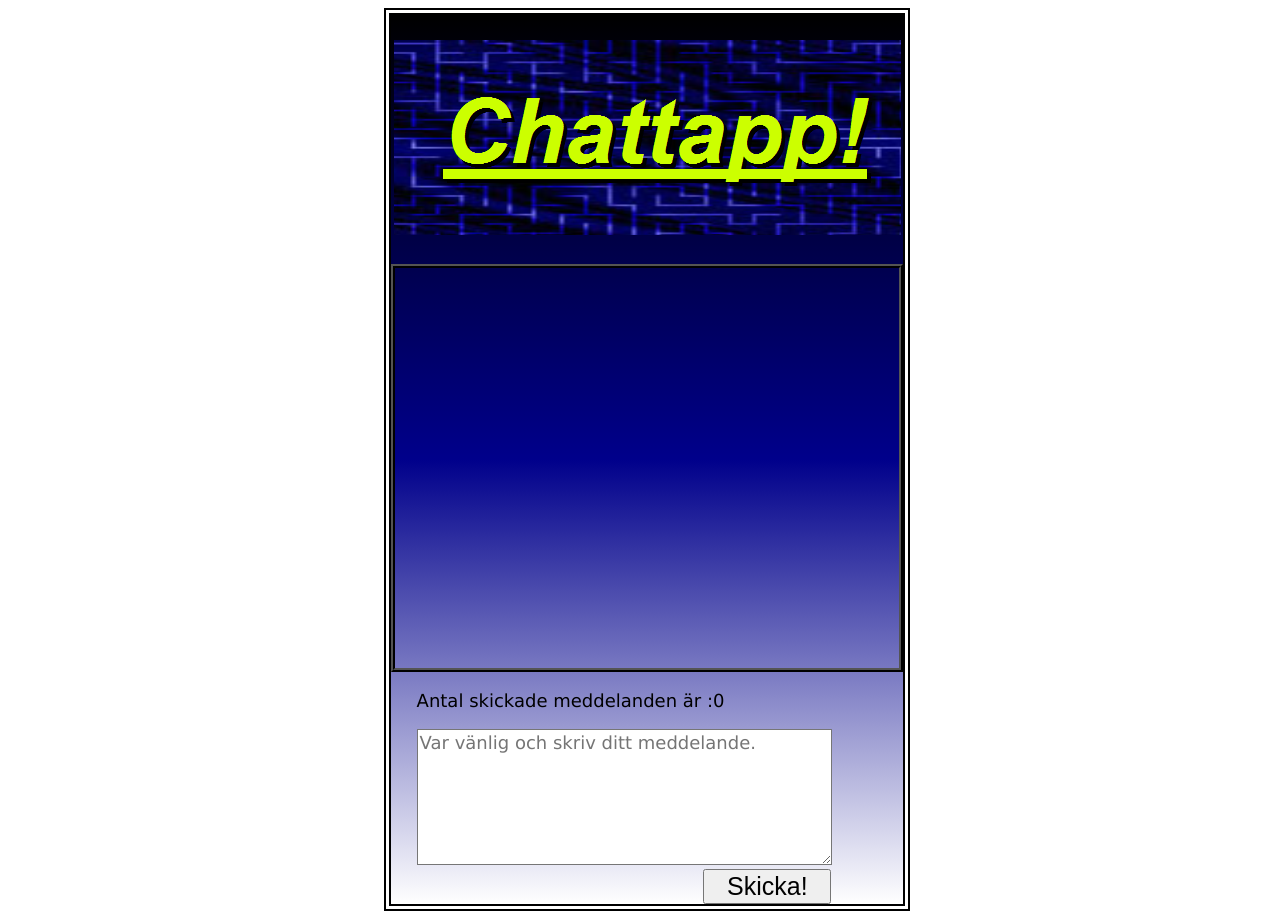
Repository: MartinArvidsson/1dv403-laborationer-Martin-Arvidsson
Page: 2-labbymezzage/index.html
The author's editor kept a record of every edit. The page is drawn from the files as they stood at one moment, then again after the next edit.
The browser window is 1280 px wide. The pictures show the whole page.

Above is the page before.

After the next edit:
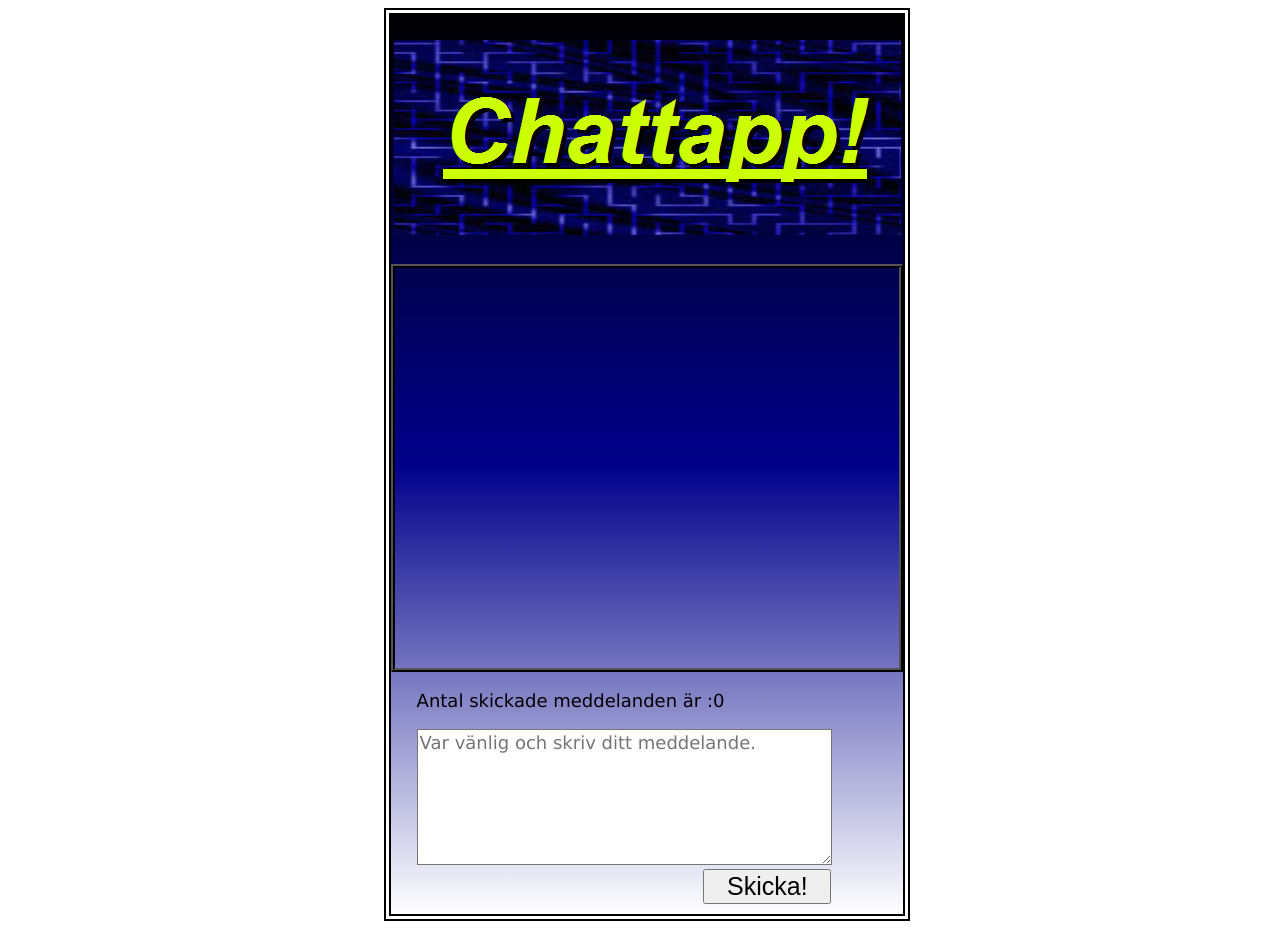
The edit:
--- a/2-labbymezzage/style.css
+++ b/2-labbymezzage/style.css
@@ -55,4 +55,5 @@
     margin-right:15%;
     margin-top:-1%;
     margin-left:61%;
+    margin-bottom:2%;
 }
